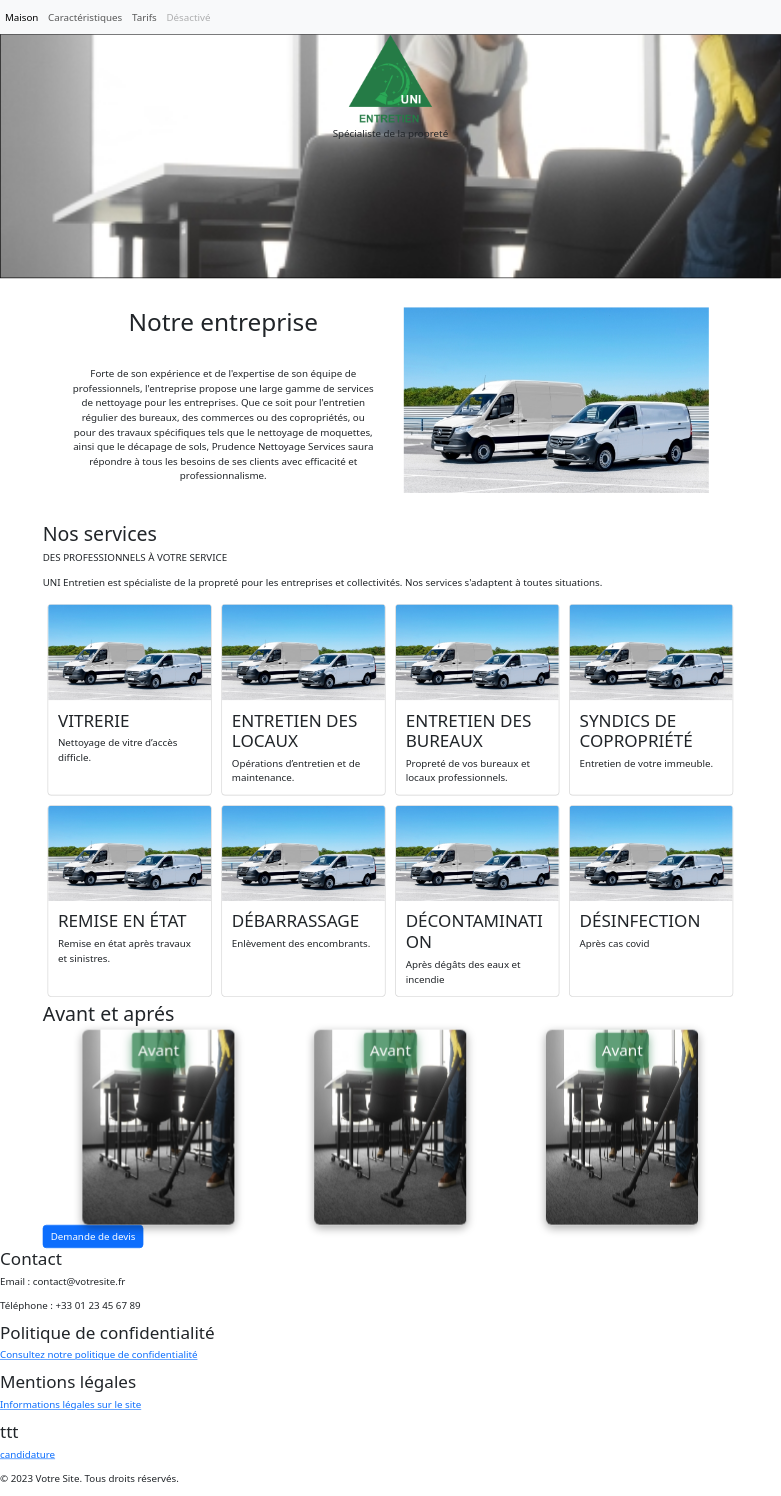
Repository: tomrib/site-UNI
Page: http://localhost/
An editor plug-in stored every save of this project. The page is shown before and after the next save, followed by the edit.
The browser window is 1280 px wide. The pictures show the whole page, at 61% of full size.
The page is run by PHP 8.4 with error messages shown; the project is at /var/www/html/.

Above is the page before, as saved 2023-12-01 10:13:22.

After the next save:
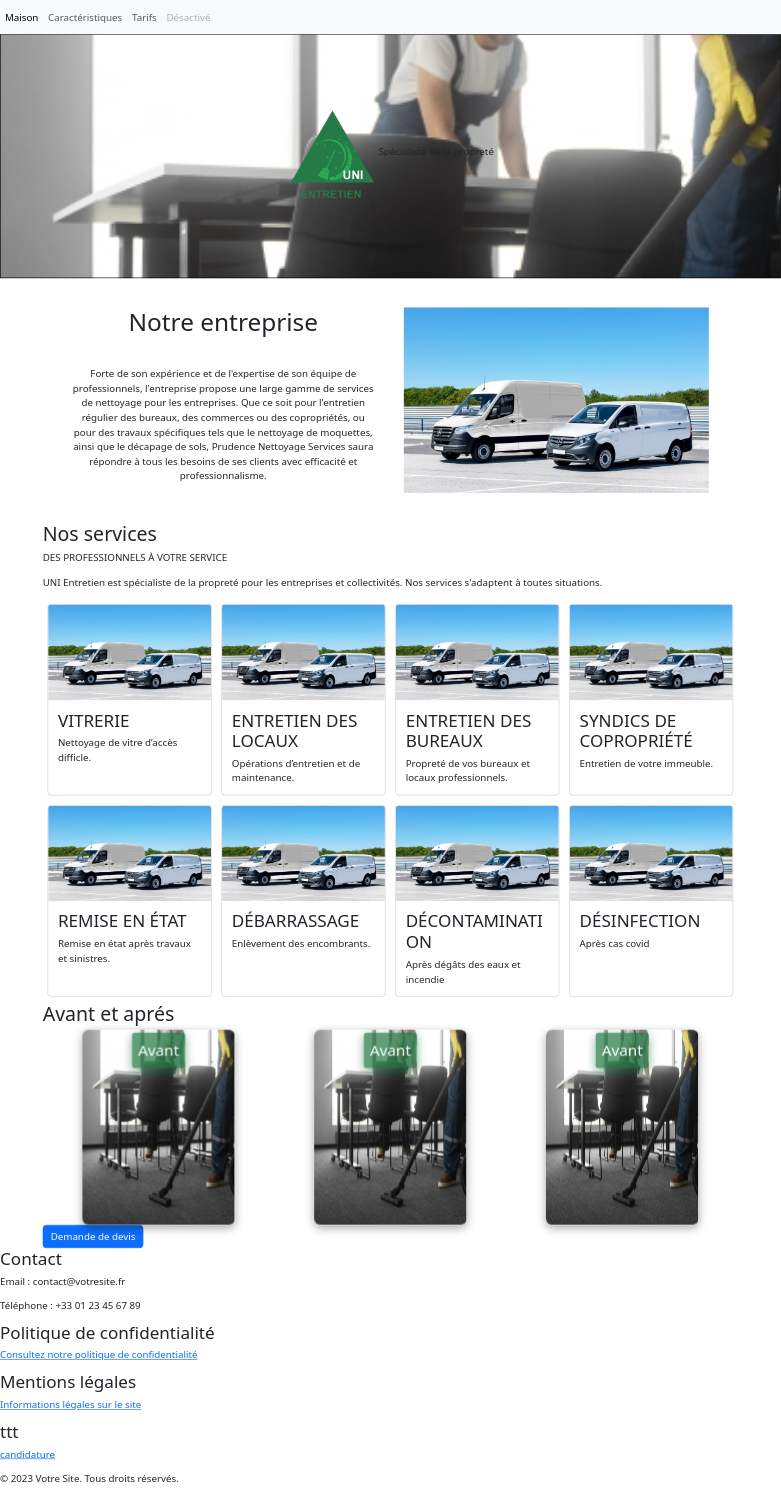
Saved 52 s later.
--- a/assets/css/style.css
+++ b/assets/css/style.css
@@ -11,13 +11,16 @@
     background-repeat: no-repeat;
 }
 
-.displayLogo{
+.displayLogo {
     width: 100%;
     height: 400px;
     border: 1px solid black;
+    display: flex;
+    justify-content: center;
+    align-items: center;
     text-align: center;
-    align-items: center;
 }
+
 
 .headLogo{
     width: 150px;
